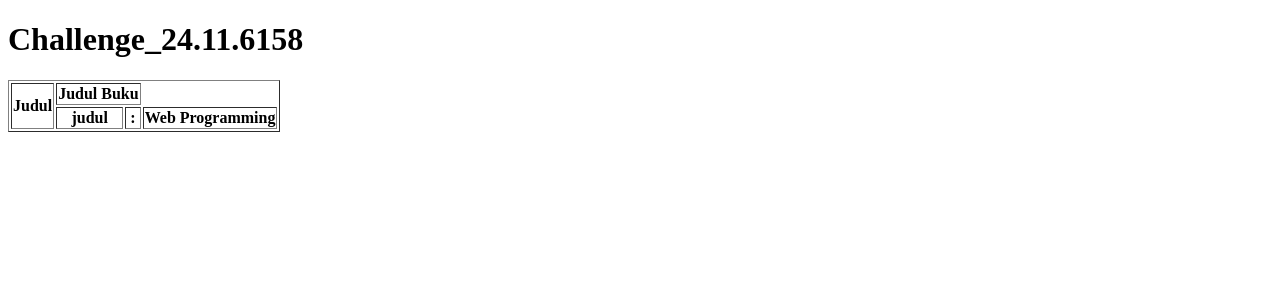
Repository: RoyyanSuryanto/Challenge_24116158
Page: Pertemuan 4/Challenge_24116158.html
These files come from the project's save history. The page is drawn as it stood at one moment and after the next save; the edit follows.
The browser window is 1280 px wide. The pictures show the whole page.

Above is the page before, as saved 2026-04-20 09:39:14.

### Pertemuan 4/Challenge_24116158.html
<!DOCTYPE html>
<html lang="en">
<head>
    <meta charset="UTF-8">
    <meta name="viewport" content="width=device-width, initial-scale=1.0">
    <title>Challenge_24116158</title>
</head>
<body>
    <h1>
        Challenge_24.11.6158
    </h1>

    <table border=>
        <tr>
            <th rowspan="2" background-color="lightgreen">Judul</th>
            <th colspan="2" background-color="orange">Judul Buku</th>
        </tr>

        <tr>
            <th>judul</th>
            <th>:</th>
            <th>Web Programming</th>
        </tr>
    </table>
</body>
</html>

After the next save:
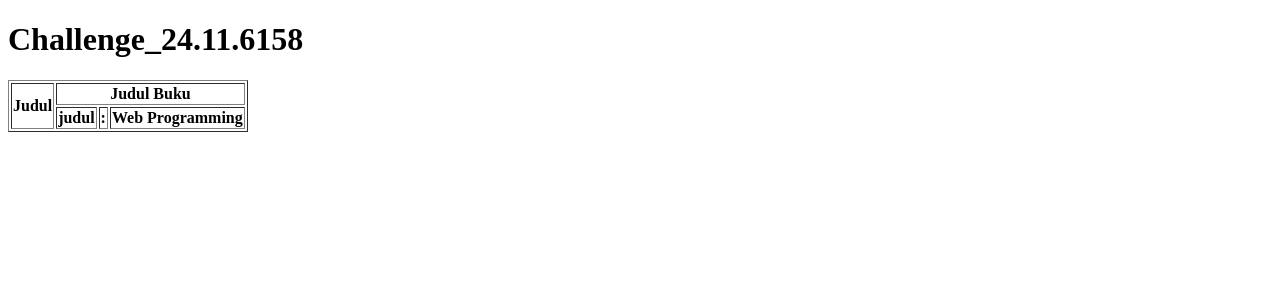
Saved 4 s later.
--- a/Pertemuan 4/Challenge_24116158.html
+++ b/Pertemuan 4/Challenge_24116158.html
@@ -13,7 +13,7 @@
     <table border=>
         <tr>
             <th rowspan="2" background-color="lightgreen">Judul</th>
-            <th colspan="2" background-color="orange">Judul Buku</th>
+            <th colspan="3" background-color="orange">Judul Buku</th>
         </tr>
 
         <tr>
